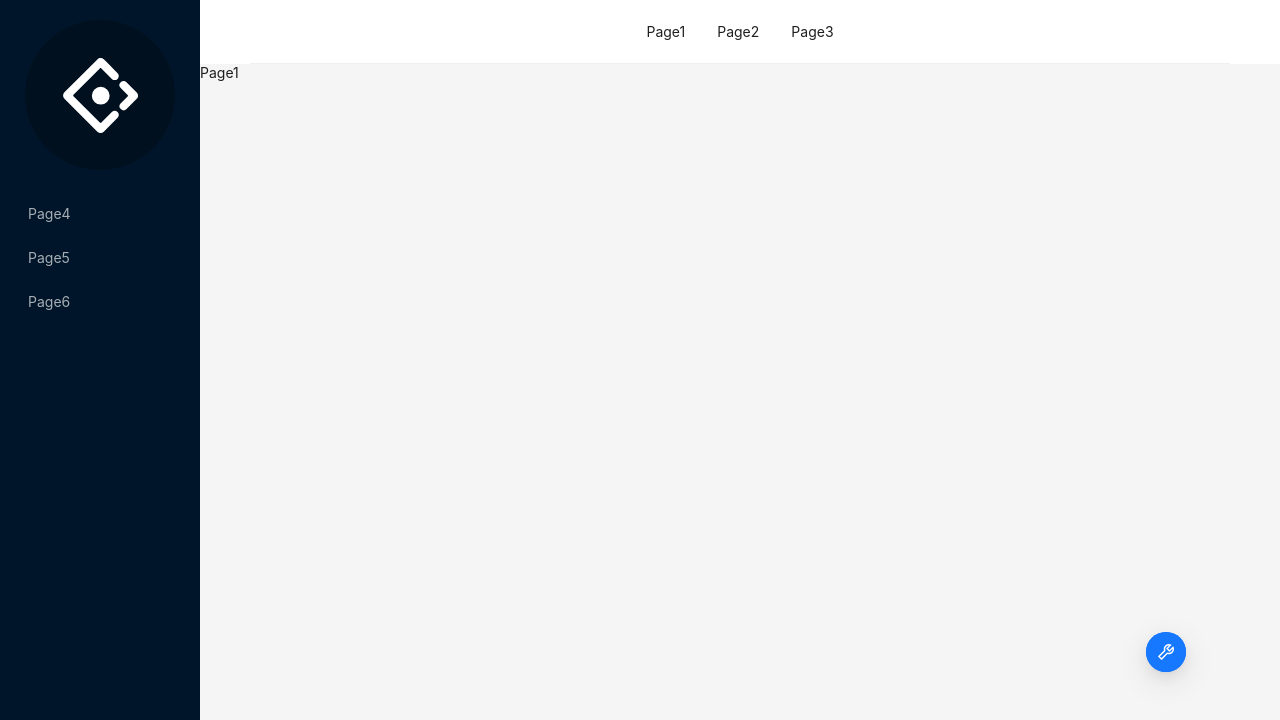
Repository: BESTETURKMEN/e-commerce
Page: /
An editor plug-in stored every save of this project. The page is shown before and after the next save, followed by the edit.
The browser window is 1280 px wide. The pictures show the whole page.
The project was rebuilt for these pictures with package versions that can differ from the ones it lists, and the page was loaded fresh each time. Also part of the build but not shown: webpack.config.js, src/pages/page2.jsx, src/pages/page3.jsx, src/pages/page6.jsx. Imported but missing from the stored project, and not drawn on this page: src/pages/page4, src/pages/page5.

Above is the page before, as saved 2023-08-21 11:28:56.

### public/index.html
<!DOCTYPE html>
<html lang="en">
  <head>
    <meta charset="utf-8" />

    <meta name="viewport" content="width=device-width, initial-scale=1" />
    <meta name="theme-color" content="#000000" />
    <meta
      name="description"
      content="Web site created using create-react-app"
    />
    <link rel="apple-touch-icn" href="" />

    <title>React App</title>
  </head>
  <body>
    <noscript>You need to enable JavaScript to run this app.</noscript>
    <div id="root"></div>
  </body>
</html>

### src/index.js
import React from "react";
import ReactDOM from "react-dom/client";

import { HashRouter } from "react-router-dom";

import reportWebVitals from "./reportWebVitals";
import RouteWrapper from "./config/routeWrapper";

const root = ReactDOM.createRoot(document.getElementById("root"));
root.render(
  <React.StrictMode>
    <HashRouter>
      <RouteWrapper />
    </HashRouter>
  </React.StrictMode>
);
reportWebVitals();

### src/config/routeWrapper.jsx
import React from "react";
import { Route, Routes } from "react-router";

import Index from "../layout";
import Page1 from "../pages/page1";
import Page2 from "../pages/page2";
import Page3 from "../pages/page3";
import Page4 from "../pages/page4";
import Page5 from "../pages/page5";
import Page6 from "../pages/page6";

export default function RouteWrapper() {
  return (
    <div>
      <Routes>
        <Route element={<Index />}>
          <Route path="/" element={<Page1 />} />
          <Route path="/Page2" element={<Page2 />} />
          <Route path="/Page3" element={<Page3 />} />
          <Route path="/Page4" element={<Page4 />} />
          <Route path="/Page5" element={<Page5 />} />
          <Route path="/Page6" element={<Page6 />} />
        </Route>
      </Routes>
    </div>
  );
}

### src/layout/index.jsx
import React from "react";
import { Outlet } from "react-router";
import { Layout } from "antd";
import { FloatButton } from "antd";
import { CommentOutlined, ToolOutlined } from "@ant-design/icons";

import Header from "./header";

import "./layout.scss";
import Sider from "./sider";

export default function Index() {
  return (
    <div className="layout">
      <Layout>
        <Layout.Sider>
          <Sider />
        </Layout.Sider>
        <Layout>
          <Layout.Header>
            <Header />
          </Layout.Header>
          <Layout.Content className="content">
            <Outlet />
          </Layout.Content>
          <div className="floatButton">
            <FloatButton.Group
              trigger="hover"
              type="primary"
              style={{
                right: 94,
              }}
              icon={<ToolOutlined />}
            >
              <FloatButton />
              <FloatButton icon={<CommentOutlined />} />
            </FloatButton.Group>
          </div>
        </Layout>
      </Layout>
    </div>
  );
}

### src/pages/page1.jsx
import React from "react";

export default function Page1() {
  return <div>Page1</div>;
}

### src/layout/header.jsx
import { Menu } from "antd";
import React from "react";
import { Link } from "react-router-dom";
import "./layout.scss";

export default function Header() {
  const menu = [
    {
      key: "1",
      label: "Page1",
      path: "/",
    },
    {
      key: "2",
      label: "Page2",
      path: "/Page2",
    },
    {
      key: "3",
      label: "Page3",
      path: "/Page3",
    },
  ];
  return (
    <div className="header">
      <div className="menuLine">
        <Menu mode="horizontal">
          {menu.map((item) => (
            <Menu.Item key={item.key}>
              <Link to={item.path}>{item.label}</Link>
            </Menu.Item>
          ))}
        </Menu>
      </div>
    </div>
  );
}

### src/layout/layout.scss
* {
  margin: 0;
  padding: 0;
  box-sizing: border-box;
}

.layout {
  .ant-layout {
    height: 100vh;
    .ant-layout-header {
      background-color: rgb(255, 255, 255) !important;
      .header {
        .menuLine {
          .ant-menu {
            display: flex;
            align-items: center;
            justify-content: center;
          }
        }
      }
    }
    .ant-layout-sider {
      .sider {
        .avatar {
          display: flex;
          align-items: center;
          justify-content: center;
          padding: 20px;
        }
      }
    }
  }
}

### src/layout/sider.jsx
import { Avatar, Menu } from "antd";
import React from "react";
import { Link } from "react-router-dom";
import "./layout.scss";
import { AntDesignOutlined } from "@ant-design/icons";

export default function Sider() {
  const menu = [
    {
      key: "1",
      label: "Page4",
      path: "/Page4",
    },
    {
      key: "2",
      label: "Page5",
      path: "/Page5",
    },
    {
      key: "3",
      label: "Page6",
      path: "/Page6",
    },
  ];
  return (
    <div className="sider">
      <div className="avatar">
        <Avatar size={150} icon={<AntDesignOutlined />} />
      </div>
      <div className="siderMenu">
        <Menu theme="dark" mode="inline">
          {menu.map((item) => (
            <Menu.Item key={item.key}>
              <Link to={item.path}>{item.label}</Link>
            </Menu.Item>
          ))}
        </Menu>
      </div>
    </div>
  );
}

Loaded but not shown: src/reportWebVitals.js (common file)

After the next save:
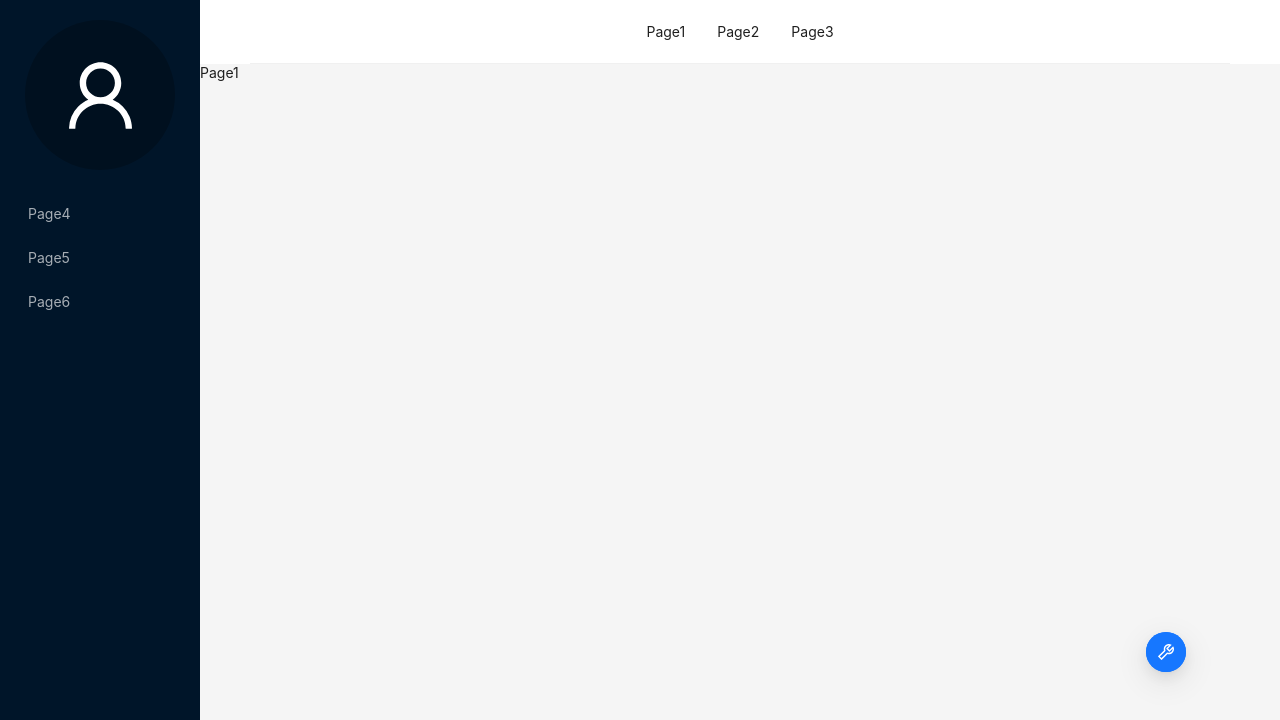
Saved 71 s later.
--- a/src/layout/sider.jsx
+++ b/src/layout/sider.jsx
@@ -2,7 +2,7 @@
 import React from "react";
 import { Link } from "react-router-dom";
 import "./layout.scss";
-import { AntDesignOutlined } from "@ant-design/icons";
+import { AntDesignOutlined, UserOutlined } from "@ant-design/icons";
 
 export default function Sider() {
   const menu = [
@@ -25,7 +25,7 @@
   return (
     <div className="sider">
       <div className="avatar">
-        <Avatar size={150} icon={<AntDesignOutlined />} />
+        <Avatar size={150} icon={<UserOutlined />} />
       </div>
       <div className="siderMenu">
         <Menu theme="dark" mode="inline">

After the 2 saves that followed:
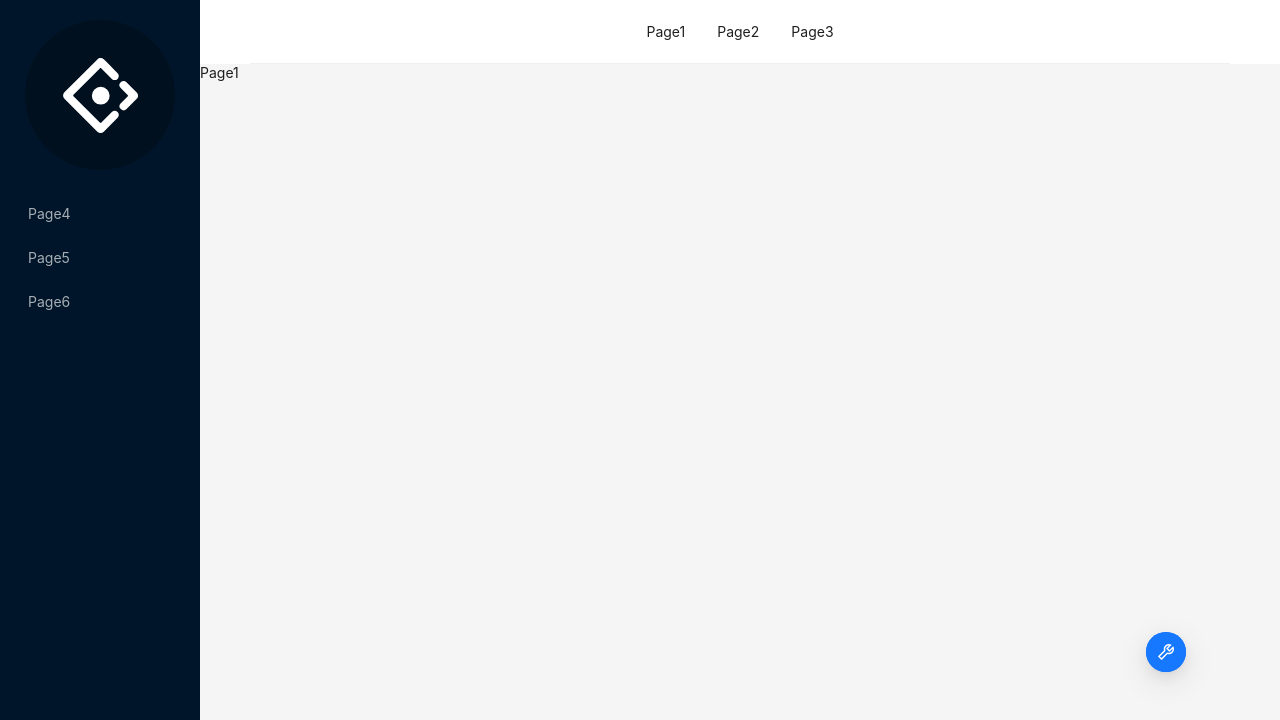
The 2 saves are shown as one change because 1 left the picture as it was.
The last was saved 95 s later.
--- a/src/layout/sider.jsx
+++ b/src/layout/sider.jsx
@@ -2,7 +2,7 @@
 import React from "react";
 import { Link } from "react-router-dom";
 import "./layout.scss";
-import { AntDesignOutlined, UserOutlined } from "@ant-design/icons";
+import { AntDesignOutlined } from "@ant-design/icons";
 
 export default function Sider() {
   const menu = [
@@ -25,7 +25,7 @@
   return (
     <div className="sider">
       <div className="avatar">
-        <Avatar size={150} icon={<UserOutlined />} />
+        <Avatar size={150} icon={<AntDesignOutlined />} />
       </div>
       <div className="siderMenu">
         <Menu theme="dark" mode="inline">
